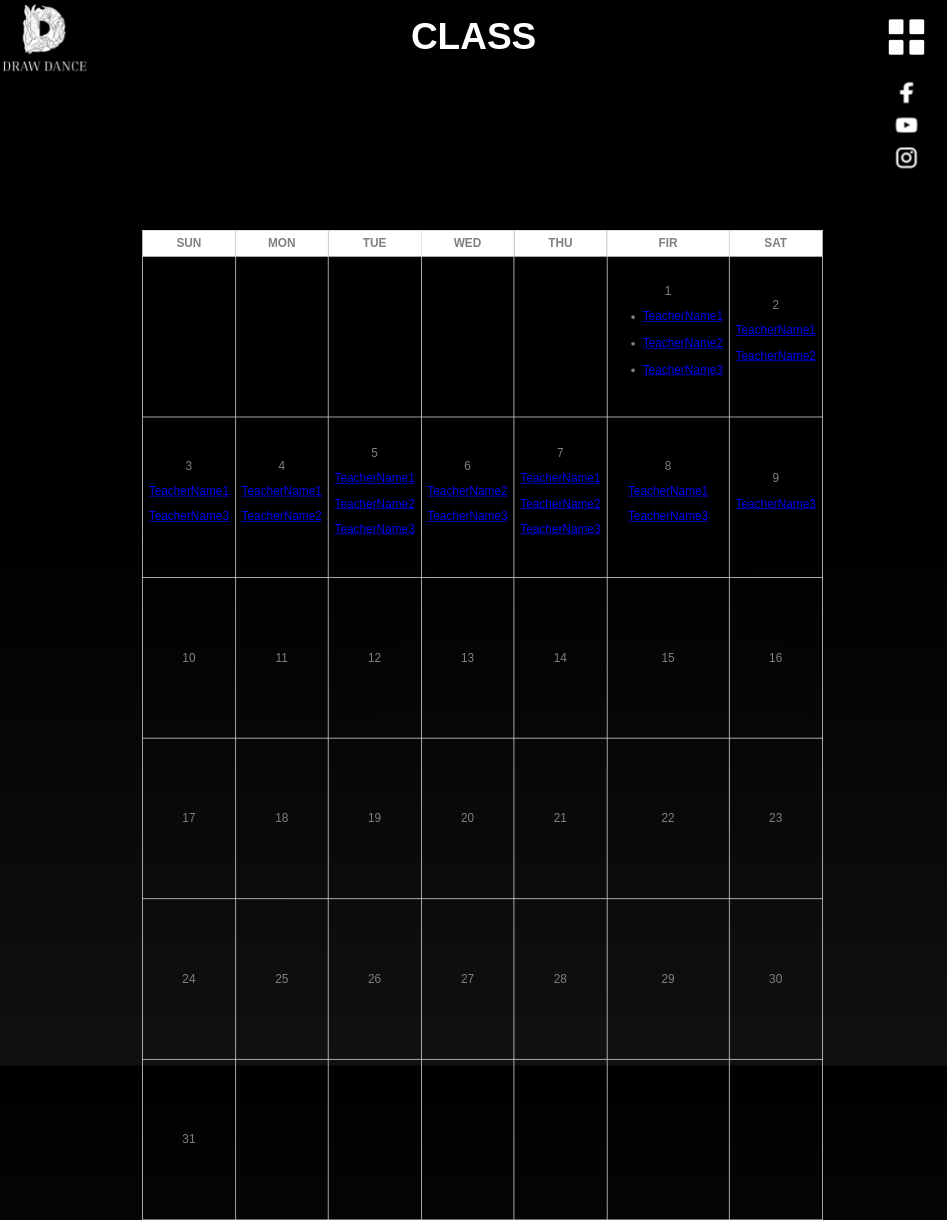
Repository: seonghun9906/semiProject
Page: http://localhost/drawAcademy/WEB-INF/views/Class/classpage.jsp
The author's editor kept a copy of each file at every save. The page is drawn from the files as they stood at one save, then again after the next save.
The browser window is 1280 px wide. The pictures show the whole page, at 74% of full size.
The page is served by Tomcat 9. Nobody is signed in. Other server files are loaded and not shown. The template is opened directly, without the code that normally fills it, so the values that code supplies are empty.

Above is the page before, as saved 2024-02-28 01:46:40.

### drawAcademy/src/main/webapp/WEB-INF/views/Class/classpage.jsp
<%@ page language="java" contentType="text/html; charset=UTF-8"
   pageEncoding="UTF-8"%>
<%@ taglib uri="http://java.sun.com/jsp/jstl/core" prefix="c"%>
<!DOCTYPE html>
<html>
<head>
<meta charset="UTF-8">
<title>수강신청 사이트</title>
<link rel="stylesheet" href="resources/css/classpage.css">
<script src="https://code.jquery.com/jquery-3.7.1.min.js"
   integrity="sha256-/JqT3SQfawRcv/BIHPThkBvs0OEvtFFmqPF/lYI/Cxo="
   crossorigin="anonymous"></script>

</head>
<body>
   <div class="bodyMain">
      <div class="title">
         CLASS
      </div>
      <div class="headerMenu">
         <button class="Home-btn" onclick="location.href='./'">
            <img src="resources/images/lg.png" class="logo">
         </button>
      </div>
      <div id="menu-container">
         <img src="resources/images/menu.png" id="menuButton">
         <div id="rectangle">
            <br> <br>
            <button class="Home-btn" onclick="location.href='./'">
               <p>HOME</p>
            </button>
            <br> <br> <br>
            <button class="ABOUT-btn" onclick="location.href='./about'">
               <p>ABOUT</p>
            </button>
            <br> <br> <br>
            <button class="INSTRUCTORS-btn"
               onclick="location.href='./instructors'">
               <p>INSTRUCTORS</p>
            </button>
            <br> <br> <br>
            <button class="CLASS-btn" onclick="location.href='./classpage'">
               <p>CLASS</p>
            </button>
             <br> <br> <br>
              <button class="CONTACT-btn" onclick="location.href='./qboard'">
               <p>FAQ</p>
            </button>
            <br> <br> <br> <br> <br> <br> <br>
            <div class="smallWord">
               <button id="loginBtn" class="LOGIN-btn"
                  onclick="location.href='./login'">
                  <small>LOGIN</small>
               </button>
               <form id="logoutForm" action="logout" method="get">
                  <button class="LOGIN-btn" onclick="location.href='./'">
                     <small>LOGOUT</small>
                  </button>
               </form>
               <button id="signupBtn" class="SIGNUP-btn"
                  onclick="location.href='./signUp'">
                  <small>SIGN UP</small>
               </button>
               <button id="myPage" class="MYPAGE-btn"
                  onclick="location.href='./mypage'">
                  <small>MY PAGE</small>
               </button>
            </div>
            <br> <br>
            <div id="icon-container2">
               <a href="https://www.facebook.com"> <img
                  src="resources/images/facebookIcon.png" class="facebook">
               </a> <a href="https://www.youtube.com"> <img
                  src="resources/images/youtubeIcon.png" class="youtube">
               </a> <a href="https://www.instagram.com"> <img
                  src="resources/images/instagramIcon.png" class="instagram">
               </a>
            </div>
         </div>
      </div>
      <div id="icon-container">
         <a href="https://www.facebook.com"> <img
            src="resources/images/facebookIcon.png" class="facebook">
         </a> <a href="https://www.youtube.com"> <img
            src="resources/images/youtubeIcon.png" class="youtube">
         </a> <a href="https://www.instagram.com"> <img
            src="resources/images/instagramIcon.png" class="instagram">
         </a>
      </div>


   <div class = cal>
	<h2>2024년 3월</h2>
	<table>
    	<thead>
        <tr>
            <th>SUN</th>
            <th>MON</th>
            <th>TUE</th>
            <th>WED</th>
            <th>THU</th>
            <th>FIR</th>
            <th>SAT</th>
        </tr>
    </thead>
    <tbody>
        <tr>
            <td></td>
            <td></td>
            <td></td>
            <td></td>
            <td></td>
            <td>1
            	<ul>
            <li><a href="class1" class="Testclass">TeacherName1</a></li>
            <br>
            <li><a href="class2" class="Testclass">TeacherName2</a></li>
            <br>
            <li><a href="class3" class="Testclass">TeacherName3</a></li>
            </ul>
            </td>
            <td>2
             <p><a href="class1" class="Testclass">TeacherName1</a></p>
            <p><a href="class2" class="Testclass">TeacherName2</a></p>
            </td>
        </tr>
        <tr>
            <td>3
              <p><a href="class1" class="Testclass">TeacherName1</a></p>

            <p><a href="class3" class="Testclass">TeacherName3</a></p></td>
            <td>4
              <p><a href="class1" class="Testclass">TeacherName1</a></p>
            <p><a href="class2" class="Testclass">TeacherName2</a></p>

            <td>5
              <p><a href="class1" class="Testclass">TeacherName1</a></p>
            <p><a href="class2" class="Testclass">TeacherName2</a></p>
            <p><a href="class3" class="Testclass">TeacherName3</a></p></td>
            <td>6

            <p><a href="class2" class="Testclass">TeacherName2</a></p>
            <p><a href="class3" class="Testclass">TeacherName3</a></p></td>
            <td>7
              <p><a href="class1" class="Testclass">TeacherName1</a></p>
            <p><a href="class2" class="Testclass">TeacherName2</a></p>
            <p><a href="class3" class="Testclass">TeacherName3</a></p></td>
            <td>8
              <p><a href="class1" class="Testclass">TeacherName1</a></p>

            <p><a href="class3" class="Testclass">TeacherName3</a></p></td>
            <td>9

            <p><a href="class3" class="Testclass">TeacherName3</a></p></td>
        </tr>
        <tr>
            <td>10</td>
            <td>11</td>
            <td>12</td>
            <td>13</td>
            <td>14</td>
            <td>15</td>
            <td>16</td>
        </tr>
        <tr>
            <td>17</td>
            <td>18</td>
            <td>19</td>
            <td>20</td>
            <td>21</td>
            <td>22</td>
            <td>23</td>
        </tr>
        <tr>
            <td>24</td>
            <td>25</td>
            <td>26</td>
            <td>27</td>
            <td>28</td>
            <td>29</td>
            <td>30</td>
        </tr>
        <tr>
            <td>31</td>
            <td></td>
            <td></td>
            <td></td>
            <td></td>
            <td></td>
            <td></td>
        </tr>
    </tbody>
</table>
</div>

</div><!-- bodymain -->


</body>
<script>
$(document).ready(function() {
	  var rectangle = $("#rectangle");
	  var menuButton = $("#menuButton");
	  var iconContainer = $("#icon-container");
	  var isRectangleVisible = false;

	  menuButton.on('click', function() {
	    if (!isRectangleVisible) {
	      rectangle.show();
	      iconContainer.hide();
	      isRectangleVisible = true;
	    } else {
	      rectangle.hide();
	      iconContainer.show();
	      isRectangleVisible = false;
	    }
	  });
	});
</script>
<script>

$(document).ready(function() {
	  var loginBtn = $("#loginBtn");
	  var logoutForm = $("#logoutForm");
	  var signupBtn = $("#signupBtn");
	  var myPageBtn = $("#myPage");

	  var loggedInMember = '<%= session.getAttribute("login") %>';
	  console.log("세션에 저장된 값: " + loggedInMember);

	  // 여기서 로그인 여부를 확인하고 그에 따라 버튼을 표시하거나 숨깁니다.
	  var isLoggedIn = loggedInMember !== 'null' && loggedInMember !== '';

	  if (isLoggedIn) {
	    loginBtn.hide();
	    logoutForm.show();
	    signupBtn.hide();
	    myPageBtn.show();
	  } else {
	    loginBtn.show();
	    logoutForm.hide();
	    signupBtn.show();
	    myPageBtn.hide();
	  }
	});
</script>
</html>

### drawAcademy/src/main/webapp/resources/css/classpage.css
html {
   height: 100%;
}

body {
   margin: 0;
   padding: 0;
   font-family: sans-serif;
   background: linear-gradient(#000000, #111111);
}
 		table {
         width: 70%;
         border-collapse: collapse;
         color : white;
         margin-top : 20%;
         margin-left : 15%;
        }

        th, td {
            border: 1px solid #ddd;
            padding: 8px;
            text-align: center;
            color : gray;
        }

        th {
            background-color: #ffffff;
        }

        td {
        	height : 200px;
            cursor: pointer;
        }

        td:hover {
            background-color: white;
        }
.bodyMain {
   position: absolute;
   background-color: #000000;
   top: 0;
   left: 0;
   bottom: 0;
   right: 0;
   width: 100%;
   height: 100%;
}

.title {
   width: 100%; /* 컨테이너의 너비를 화면 전체로 설정 */
   position: absolute; /* 화면 아래에 고정시킵니다. */
   text-align: center; /* 내부 텍스트를 가운데 정렬합니다. */
   padding: 20px; /* 내부 여백 설정 (예시) */
   box-sizing: border-box; /* 패딩이 포함된 전체 너비/높이 계산 */
   color: #ffffff;
   font-size: 50px;
   font-weight: bold;
}

.middle-part {
   width: 100%; /* 컨테이너의 너비를 화면 전체로 설정 */
   position: absolute; /* 화면 아래에 고정시킵니다. */
   text-align: left; /* 내부 텍스트를 가운데 정렬합니다. */
   padding: 20px; /* 내부 여백 설정 (예시) */
   box-sizing: border-box; /* 패딩이 포함된 전체 너비/높이 계산 */
   color: #ffffff;
   font-size: 60px;
   font-weight: bold;
   margin: 5%;
}

.headerMenu .Home-btn {
   position: fixed;
   background: none;
   border: none;
   padding: 0;
   cursor: pointer;
   width: auto; /* 이미지 크기에 맞게 자동으로 조정됨 */
   z-index: 9999;
}

.headerMenu .logo {
   width: 120px; /* 이미지가 버튼 내에서 꽉 차도록 설정 */
   height: auto; /* 이미지의 가로 세로 비율을 유지하면서 버튼에 맞게 조정 */
}

.facebook {
   width: 20px;
   height: 30px;
   z-index: 9999;
}

.youtube {
   width: 30px;
   height: 20px;
   z-index: 9999;
}

.instagram {
   width: 30px;
   height: 30px;
   z-index: 9999;
}

#menu-container {
   position: relative;
   z-index: 9999;
}

#menuButton {
   cursor: pointer;
   position: fixed;
   top: 25px;
   right: 30px; /* 오른쪽으로 이동 */
   display: flex;
   width: 50px;
   height: 50px;
   z-index: 9999;
}

#icon-container {
   position: fixed;
   top: 110px;
   right: 40px;
   display: flex;
   flex-direction: column; /* 세로 방향으로 아이콘을 나열 */
   align-items: center; /* 아이콘을 수직 중앙으로 정렬 */
   gap: 15px; /* 아이콘 사이의 간격 설정 */
   z-index: 9998;
}

#rectangle {
   /* 처음엔 숨겨져 있음 */
   position: fixed;
   top: 110px; /* toggleButton 바로 아래 위치 */
   right: 30px; /* menuButton과 같게 */
   width: 10.5%;
   min-height: 200px;
   color: black;
   background-color: black;
   display: none;
   border: 2px solid white;
   background-color: black;
   z-index: 9999;
}

#rectangle button {
   cursor: pointer;
   background-color: black;
   border: none;
   padding: 0.5em 0.5em; /* 위아래 0.5em, 좌우 1em으로 설정하여 버튼 크기를 내용에 맞게 조정 */
   color: white;
   font-size: 23px;
   gap: 15px;
}

#rectangle p {
   color: white;
   text-align: left;
   font-size: 24px;
   text-decoration: underline; /* 밑줄 */
   margin: 0px;
}

.smallWord {
   color: white;
   margin: 10px;
}

#icon-container2 {
   position: relative;
   right: -30px;
   display: flex;
   margin-bottom: 30px;
   flex-direction: row; /* 가로 방향으로 아이콘을 나열 */
   align-items: center; /* 아이콘을 수직 중앙으로 정렬 */
   gap: 15px; /* 아이콘 사이의 간격 설정 */
   z-index: 9998;
}

.instructor-container {
   width: 100%;
   position: fixed;
   bottom: 0;
   padding: 20px;
   display: flex;
   justify-content: space-around;
   flex-direction: row;
   box-sizing: border-box;
}

.instructor-container img {
   width: 200px;
   height: 200px;
}

After the next save:
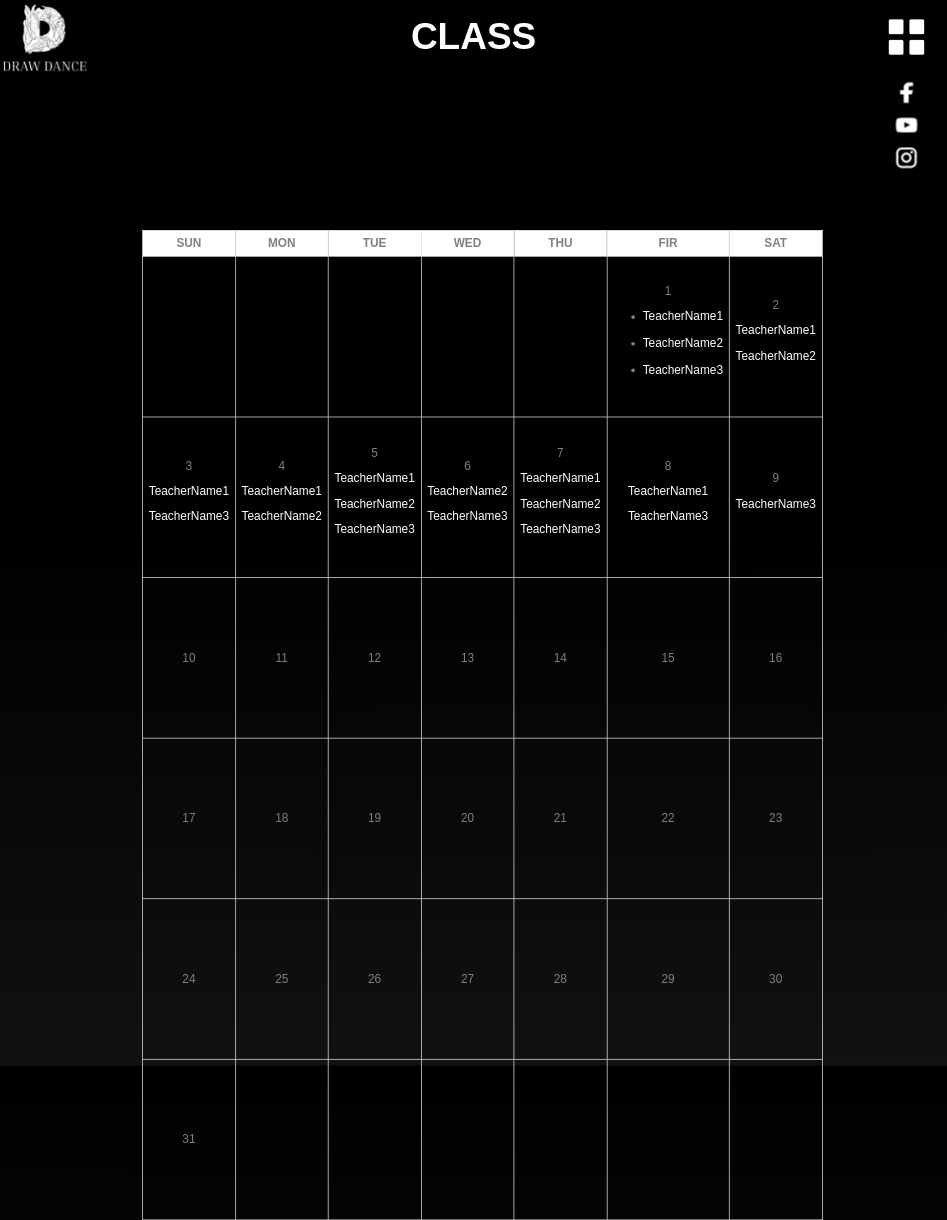
Saved 22 min 43 s later.
--- a/drawAcademy/src/main/webapp/resources/css/classpage.css
+++ b/drawAcademy/src/main/webapp/resources/css/classpage.css
@@ -35,6 +35,13 @@
         td:hover {
             background-color: white;
         }
+
+ .Testclass{
+ 	color: white;
+        text-decoration: none;
+
+ }
+
 .bodyMain {
    position: absolute;
    background-color: #000000;
